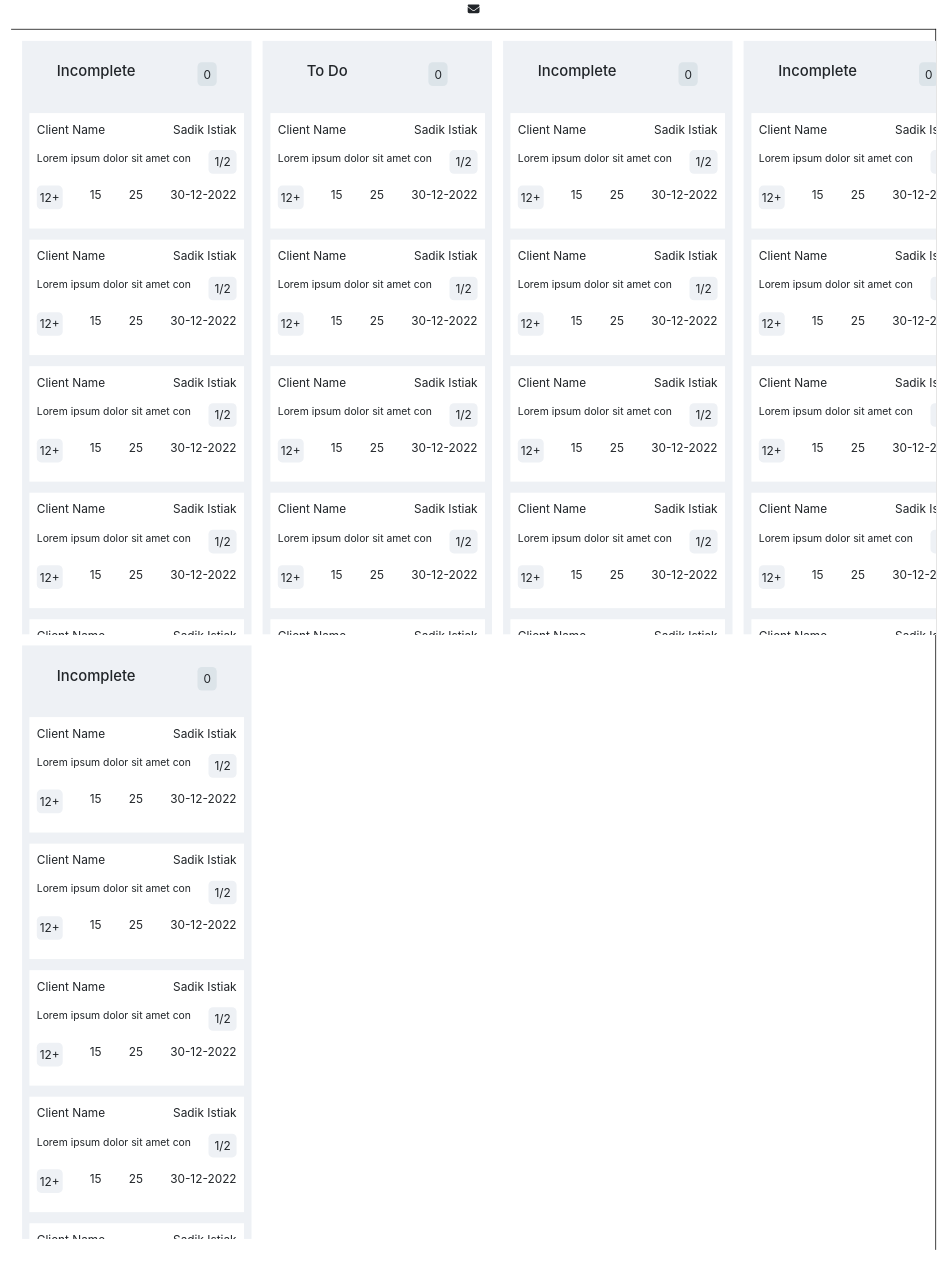
Repository: Sharif-00112/dashboard-task-frontend
Page: /
These files come from the project's save history. The page is drawn as it stood at one moment and after the next save; the edit follows.
The browser window is 1280 px wide. The pictures show the whole page, at 74% of full size.
The project was rebuilt for these pictures with package versions that can differ from the ones it lists, and the page was loaded fresh each time.

Above is the page before, as saved 2023-01-29 20:25:04.

### public/index.html
<!DOCTYPE html>
<html lang="en">
  <head>
    <meta charset="utf-8" />
    <link rel="icon" href="%PUBLIC_URL%/favicon.ico" />
    <meta name="viewport" content="width=device-width, initial-scale=1" />
    <meta name="theme-color" content="#000000" />
    <meta
      name="description"
      content="Web site created using create-react-app"
    />
    <!-- <script src="https://kit.fontawesome.com/eb9242a349.js" crossorigin="anonymous"></script>
    <link rel="stylesheet" href="https://kit.fontawesome.com/eb9242a349.css" crossorigin="anonymous"> -->

    <link rel="apple-touch-icon" href="%PUBLIC_URL%/logo192.png" />
    <!--
      manifest.json provides metadata used when your web app is installed on a
      user's mobile device or desktop. See https://developers.google.com/web/fundamentals/web-app-manifest/
    -->
    <link rel="manifest" href="%PUBLIC_URL%/manifest.json" />
    <!--
      Notice the use of %PUBLIC_URL% in the tags above.
      It will be replaced with the URL of the `public` folder during the build.
      Only files inside the `public` folder can be referenced from the HTML.

      Unlike "/favicon.ico" or "favicon.ico", "%PUBLIC_URL%/favicon.ico" will
      work correctly both with client-side routing and a non-root public URL.
      Learn how to configure a non-root public URL by running `npm run build`.
    -->
    <title>React App</title>
  </head>
  <body>
    <noscript>You need to enable JavaScript to run this app.</noscript>
    <div id="root"></div>
    <!--
      This HTML file is a template.
      If you open it directly in the browser, you will see an empty page.

      You can add webfonts, meta tags, or analytics to this file.
      The build step will place the bundled scripts into the <body> tag.

      To begin the development, run `npm start` or `yarn start`.
      To create a production bundle, use `npm run build` or `yarn build`.
    -->
  </body>
</html>

### src/index.js
import React from 'react';
import 'bootstrap/dist/css/bootstrap.css';
import ReactDOM from 'react-dom/client';
import './index.css';
import App from './App';
import reportWebVitals from './reportWebVitals';

const root = ReactDOM.createRoot(document.getElementById('root'));
root.render(
  <React.StrictMode>
    <App />
  </React.StrictMode>
);

// If you want to start measuring performance in your app, pass a function
// to log results (for example: reportWebVitals(console.log))
// or send to an analytics endpoint. Learn more: https://bit.ly/CRA-vitals
reportWebVitals();

### src/App.js
import './App.css';
import Dashboard from './Components/Dashboard';
import './Components/styles.css'

import ReactDOM from 'react-dom'
import { FontAwesomeIcon } from '@fortawesome/react-fontawesome'
import { faEnvelope } from '@fortawesome/free-solid-svg-icons'

const element = <FontAwesomeIcon icon={faEnvelope} />

function App() {
  return (
    <div className="App">
      {element}
      <Dashboard></Dashboard>
    </div>
  );
}

export default App;

### src/Components/Dashboard.js
import React from 'react';
import Incomplete from './Incomplete';
import ToDo from './ToDo';

const Dashboard = () => {
    return (
        <div className='dashboard landing'  style={{overflowX:"scroll"}} >
            <Incomplete></Incomplete>
            <ToDo></ToDo>
            <Incomplete></Incomplete>
            <Incomplete></Incomplete>
            <Incomplete></Incomplete>
            <Incomplete></Incomplete>
            <Incomplete></Incomplete>
        </div>
    );
};

export default Dashboard;

### src/Components/styles.css
.background{
    background-color: rgb(238, 241, 245);
}

.background-top{
    background-color: rgb(220, 228, 233);
}

.section-container{
    width: 310px;
    height: 100vh;
}

.task-part{
    display: flex;
    justify-content: space-between;
}

.task-title{
    display: flex;
    justify-content: space-around;
    padding: 5px;
}

.task{
    background-color: white;
    margin: 15px 10px;
    padding: 10px;
}

.dashboard{
    display: grid;
    grid-template-columns: 1fr 1fr 1fr 1fr 1fr 1fr;
    grid-gap: 15px;
}

.landing{
    border-top: 1px solid black;
    border-right: 1px solid black;
    padding: 15px;
    margin: 15px;
    width: auto;
}

### src/Components/Incomplete.js
import React, { useState } from 'react';
import { useEffect } from 'react';
import './styles.css';
import Task from './Task';

const Incomplete = () => {
    const [tasks, setTasks] = useState([]);
    useEffect( ()=> {
        fetch('./tasks.JSON')
        .then(res => res.json())
        .then(data => setTasks(data))
    } ,[])
    return (
        <div className='background pt-4'>
            <div className="task-title">
                <h5>Incomplete</h5>
                <p className='background-top px-2 py-1 rounded'>0</p>
            </div>
            <div style={{overflowY:"scroll"}} className="section-container">
                <div className="task-container">
                    {
                        tasks.map(task => <Task
                            key={task.taskNo}
                            task={task}
                        ></Task>)
                    }
                </div>
            </div>
        </div>
    );
};

export default Incomplete;

### src/Components/ToDo.js
import React, { useState } from 'react';
import { useEffect } from 'react';
import './styles.css';
import Task from './Task';

const ToDo = () => {
    const [tasks, setTasks] = useState([]);
    useEffect( ()=> {
        fetch('./tasks.JSON')
        .then(res => res.json())
        .then(data => setTasks(data))
    } ,[])
    return (
        <div className='background pt-4'>
            <div className="task-title">
                <h5>To Do</h5>
                <p className='background-top px-2 py-1 rounded'>0</p>
            </div>
            <div style={{overflowY:"scroll"}} className="section-container">
                <div className="task-container">
                    {
                        tasks.map(task => <Task
                            key={task.taskNo}
                            task={task}
                        ></Task>)
                    }
                </div>
            </div>
        </div>
    );
};

export default ToDo;

### src/Components/Task.js
import React from 'react';
import './styles.css';

const Task = (props) => {
    const {clientName, clientImg, supervisorName, supervisorImg, taskSummary, progress, staff1Img, staff2Img, modules, message, attachment, date} = props.task;
    return (
        <div className='task'>
            <div className="task-part">
                <p>{clientName}</p>
                <p>{supervisorName}</p>
            </div>
            <div className="task-part">
                <small>{taskSummary.substring(0,30)}</small>
                <p className='background px-2 py-1 rounded'>{progress}</p>
            </div>
            <div className="task-part">
                <p className='background p-1 rounded'>{modules}+</p>
                <p>{message}</p>
                <p>{attachment}</p>
                <p>{date}</p>
            </div>
        </div>
    );
};

export default Task;

### public/tasks.JSON
[
  {
    "taskNo": 1,
    "clientName": "Client Name",
    "clientImg": "clientIMG.jpg",
    "supervisorName": "Sadik Istiak",
    "supervisorImg": "supervisorIMG.jpg",
    "taskSummary": "Lorem ipsum dolor sit amet consectetur adipisicing elit. Pariatur velit nemo accusamus. Dolorum, doloribus quisquam unde repellat iusto voluptatum quasi?",
    "progress": "1/2",
    "staff1Img": "staff1.jpg",
    "staff2Img": "staff2.jpg",
    "modules": 12,
    "message": 15,
    "attachment": 25,
    "date": "30-12-2022"
  },
  {
    "taskNo": 2,
    "clientName": "Client Name",
    "clientImg": "clientIMG.jpg",
    "supervisorName": "Sadik Istiak",
    "supervisorImg": "supervisorIMG.jpg",
    "taskSummary": "Lorem ipsum dolor sit amet consectetur adipisicing elit. Pariatur velit nemo accusamus. Dolorum, doloribus quisquam unde repellat iusto voluptatum quasi?",
    "progress": "1/2",
    "staff1Img": "staff1.jpg",
    "staff2Img": "staff2.jpg",
    "modules": 12,
    "message": 15,
    "attachment": 25,
    "date": "30-12-2022"
  },
  {
    "taskNo": 3,
    "clientName": "Client Name",
    "clientImg": "clientIMG.jpg",
    "supervisorName": "Sadik Istiak",
    "supervisorImg": "supervisorIMG.jpg",
    "taskSummary": "Lorem ipsum dolor sit amet consectetur adipisicing elit. Pariatur velit nemo accusamus. Dolorum, doloribus quisquam unde repellat iusto voluptatum quasi?",
    "progress": "1/2",
    "staff1Img": "staff1.jpg",
    "staff2Img": "staff2.jpg",
    "modules": 12,
    "message": 15,
    "attachment": 25,
    "date": "30-12-2022"
  },
  {
    "taskNo": 4,
    "clientName": "Client Name",
    "clientImg": "clientIMG.jpg",
    "supervisorName": "Sadik Istiak",
    "supervisorImg": "supervisorIMG.jpg",
    "taskSummary": "Lorem ipsum dolor sit amet consectetur adipisicing elit. Pariatur velit nemo accusamus. Dolorum, doloribus quisquam unde repellat iusto voluptatum quasi?",
    "progress": "1/2",
    "staff1Img": "staff1.jpg",
    "staff2Img": "staff2.jpg",
    "modules": 12,
    "message": 15,
    "attachment": 25,
    "date": "30-12-2022"
  },
  {
    "taskNo": 5,
    "clientName": "Client Name",
    "clientImg": "clientIMG.jpg",
    "supervisorName": "Sadik Istiak",
    "supervisorImg": "supervisorIMG.jpg",
    "taskSummary": "Lorem ipsum dolor sit amet consectetur adipisicing elit. Pariatur velit nemo accusamus. Dolorum, doloribus quisquam unde repellat iusto voluptatum quasi?",
    "progress": "1/2",
    "staff1Img": "staff1.jpg",
    "staff2Img": "staff2.jpg",
    "modules": 12,
    "message": 15,
    "attachment": 25,
    "date": "30-12-2022"
  },
  {
    "taskNo": 6,
    "clientName": "Client Name",
    "clientImg": "clientIMG.jpg",
    "supervisorName": "Sadik Istiak",
    "supervisorImg": "supervisorIMG.jpg",
    "taskSummary": "Lorem ipsum dolor sit amet consectetur adipisicing elit. Pariatur velit nemo accusamus. Dolorum, doloribus quisquam unde repellat iusto voluptatum quasi?",
    "progress": "1/2",
    "staff1Img": "staff1.jpg",
    "staff2Img": "staff2.jpg",
    "modules": 12,
    "message": 15,
    "attachment": 25,
    "date": "30-12-2022"
  },
  {
    "taskNo": 7,
    "clientName": "Client Name",
    "clientImg": "clientIMG.jpg",
    "supervisorName": "Sadik Istiak",
    "supervisorImg": "supervisorIMG.jpg",
    "taskSummary": "Lorem ipsum dolor sit amet consectetur adipisicing elit. Pariatur velit nemo accusamus. Dolorum, doloribus quisquam unde repellat iusto voluptatum quasi?",
    "progress": "1/2",
    "staff1Img": "staff1.jpg",
    "staff2Img": "staff2.jpg",
    "modules": 12,
    "message": 15,
    "attachment": 25,
    "date": "30-12-2022"
  },
  {
    "taskNo": 8,
    "clientName": "Client Name",
    "clientImg": "clientIMG.jpg",
    "supervisorName": "Sadik Istiak",
    "supervisorImg": "supervisorIMG.jpg",
    "taskSummary": "Lorem ipsum dolor sit amet consectetur adipisicing elit. Pariatur velit nemo accusamus. Dolorum, doloribus quisquam unde repellat iusto voluptatum quasi?",
    "progress": "1/2",
    "staff1Img": "staff1.jpg",
    "staff2Img": "staff2.jpg",
    "modules": 12,
    "message": 15,
    "attachment": 25,
    "date": "30-12-2022"
  },
  {
    "taskNo": 9,
    "clientName": "Client Name",
    "clientImg": "clientIMG.jpg",
    "supervisorName": "Sadik Istiak",
    "supervisorImg": "supervisorIMG.jpg",
    "taskSummary": "Lorem ipsum dolor sit amet consectetur adipisicing elit. Pariatur velit nemo accusamus. Dolorum, doloribus quisquam unde repellat iusto voluptatum quasi?",
    "progress": "1/2",
    "staff1Img": "staff1.jpg",
    "staff2Img": "staff2.jpg",
    "modules": 12,
    "message": 15,
    "attachment": 25,
    "date": "30-12-2022"
  },
  {
    "taskNo": 10,
    "clientName": "Client Name",
    "clientImg": "clientIMG.jpg",
    "supervisorName": "Sadik Istiak",
    "supervisorImg": "supervisorIMG.jpg",
    "taskSummary": "Lorem ipsum dolor sit amet consectetur adipisicing elit. Pariatur velit nemo accusamus. Dolorum, doloribus quisquam unde repellat iusto voluptatum quasi?",
    "progress": "1/2",
    "staff1Img": "staff1.jpg",
    "staff2Img": "staff2.jpg",
    "modules": 12,
    "message": 15,
    "attachment": 25,
    "date": "30-12-2022"
  }
]

Loaded but not shown: src/index.css (common file); src/reportWebVitals.js (common file); src/App.css (common file)

After the next save:
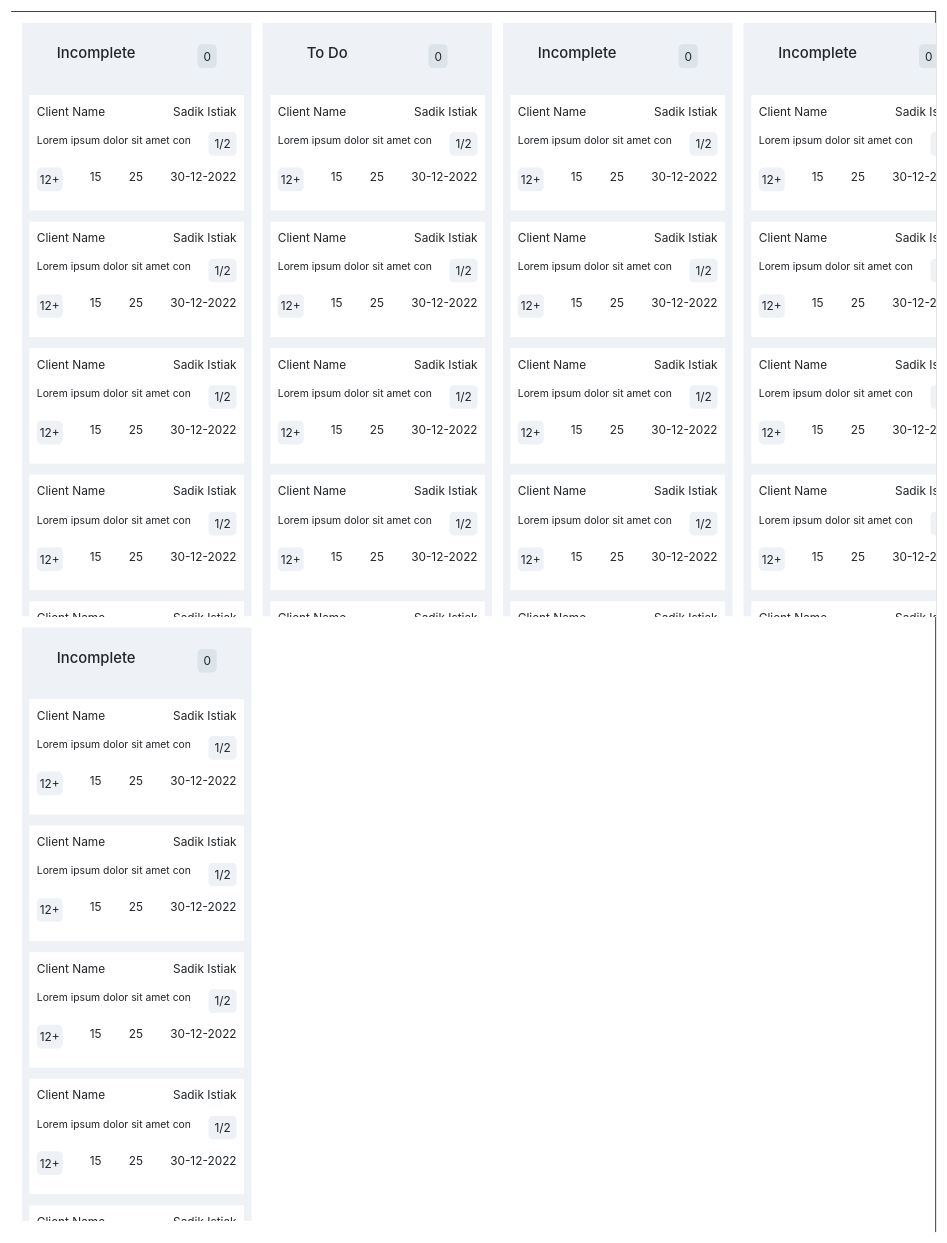
Saved 37 s later.
--- a/src/App.js
+++ b/src/App.js
@@ -2,16 +2,9 @@ import './App.css';
 import Dashboard from './Components/Dashboard';
 import './Components/styles.css'
 
-import ReactDOM from 'react-dom'
-import { FontAwesomeIcon } from '@fortawesome/react-fontawesome'
-import { faEnvelope } from '@fortawesome/free-solid-svg-icons'
-
-const element = <FontAwesomeIcon icon={faEnvelope} />
-
 function App() {
   return (
     <div className="App">
-      {element}
       <Dashboard></Dashboard>
     </div>
   );
